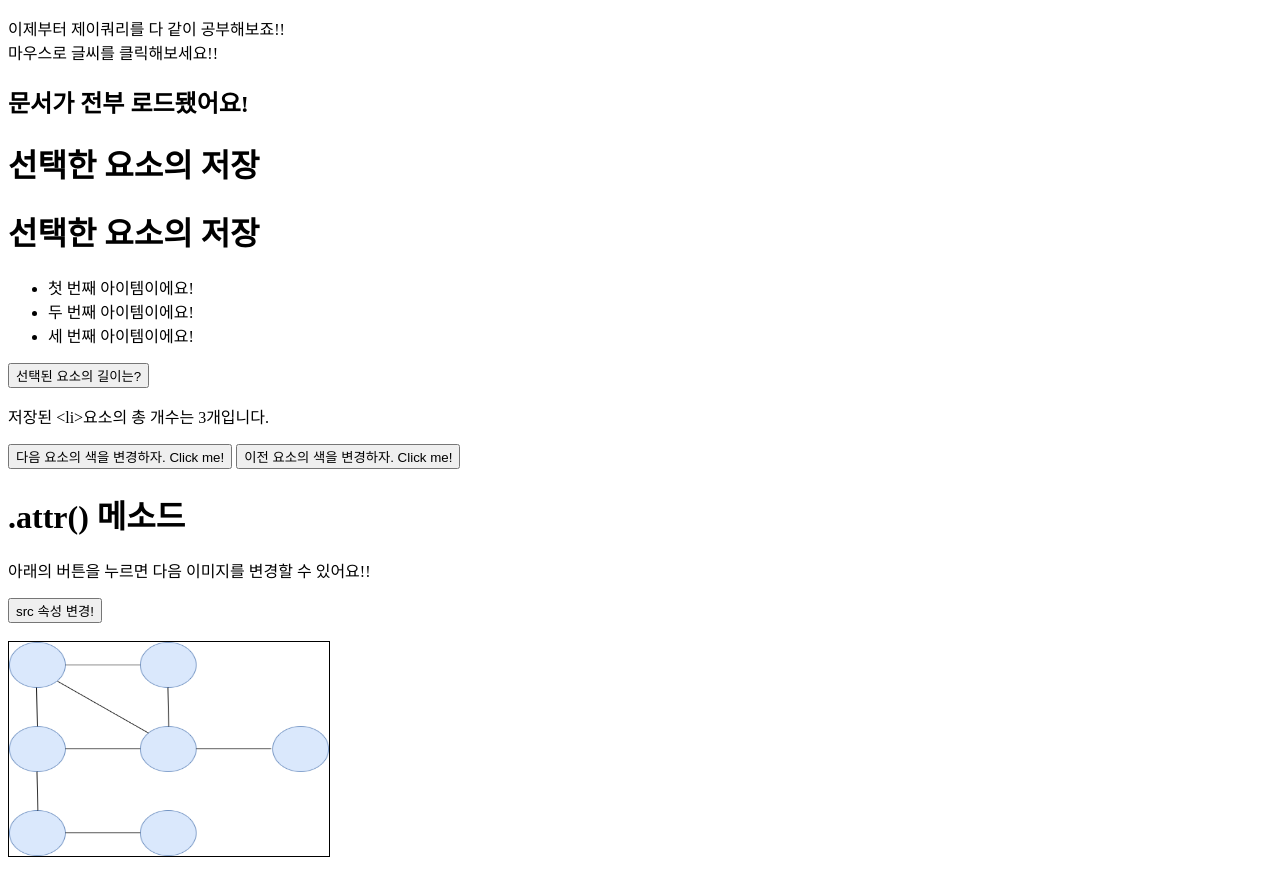
Repository: kokoko12334/sms
Page: http://localhost/test
The author's editor kept a copy of each file at every save. The page is drawn from the files as they stood at one save, then again after the next save.
The browser window is 1280 px wide. The pictures show the whole page.
After loading, the first visible `button` was clicked once.
The page is this project's Thymeleaf template; nobody is signed in. The template is opened directly, without the code that normally fills it, so the values that code supplies are empty.

Above is the page before, as saved 2023-05-27 08:58:16.
Console error: TypeError: e.indexOf is not a function

### workspace_spring2/bankingdemo/src/main/resources/templates/test.html
<!DOCTYPE html>
<html>
<head>
<meta charset="UTF-8">
<script  src="http://code.jquery.com/jquery-latest.min.js"></script>
<title>Insert title here</title>
</head>
<body>

   <p>이제부터 제이쿼리를 다 같이 공부해보죠!!<br>

    마우스로 글씨를 클릭해보세요!!</p>

	<h2 id = "doc" class = "t"></h2>
	<h2 id = "win" class = "t"></h2>

	<h1>선택한 요소의 저장</h1>
	<h1 id = "text">변경전</h1>
	<ul>
		<li>첫 번째 아이템이에요!</li>
		<li>두 번째 아이템이에요!</li>
		<li>세 번째 아이템이에요!</li>
	</ul>
	<button>선택된 요소의 길이는?</button>
	<p id="len"></p>

	<div>
   <button class="button1">다음 요소의 색을 변경하자. Click me!</button>
   <button class="button2">이전 요소의 색을 변경하자. Click me!</button>
</div>


<h1>.attr() 메소드</h1>
	<p>아래의 버튼을 누르면 다음 이미지를 변경할 수 있어요!!</p>
	<button>src 속성 변경!</button><br><br>
	<img src="images/graph.drawio.png" style="width:320px; height:214px; border: 1px solid black">

<script>
// $(function() { 제이쿼리코드 } ) 는 자바에서 window.onload = functions(){}과 같은 기능임 즉, 모든 페이지가 로드되고 실행하라는 의미
$(function() {

    $("p").on("click", function() {

       $("p").css("color", "red");

    });

    $("#doc").on("click", function(){
    	$(".t").css("color", "blue");
    });


    var items = $("li");	// <li>요소를 모두 선택하여 변수 items에 저장함.
    console.log(items[1]);
	$("button").on("click", function() {
		$("#len").text("저장된 <li>요소의 총 개수는 " + items.length + "개입니다.");
	});



	$('.button1').click(function() {
		   $(this).next().css('color', 'red');
		});

		// 이전 요소에 대한 색상 변경
		$('.button2').click(function() {
		   $(this).prev().css('color', 'red');
		});


		$("button").on("click", function() {

			      var newText = $("h1").html(); // <h1>요소의 텍스트를 읽어오는 getter 메소드

			      $("#text").html(newText);     // id가 "text"인 요소에 새로운 텍스트를 설정하는 setter 메소드

			    });






});



$(document).ready( function() {

    $("#doc").text("문서가 전부 로드됐어요!");

});

$(window).load( function() {

    $("#win").text("창이 모두 로드됐어요!");

});
</script>
</body>
</html>

After the next save:
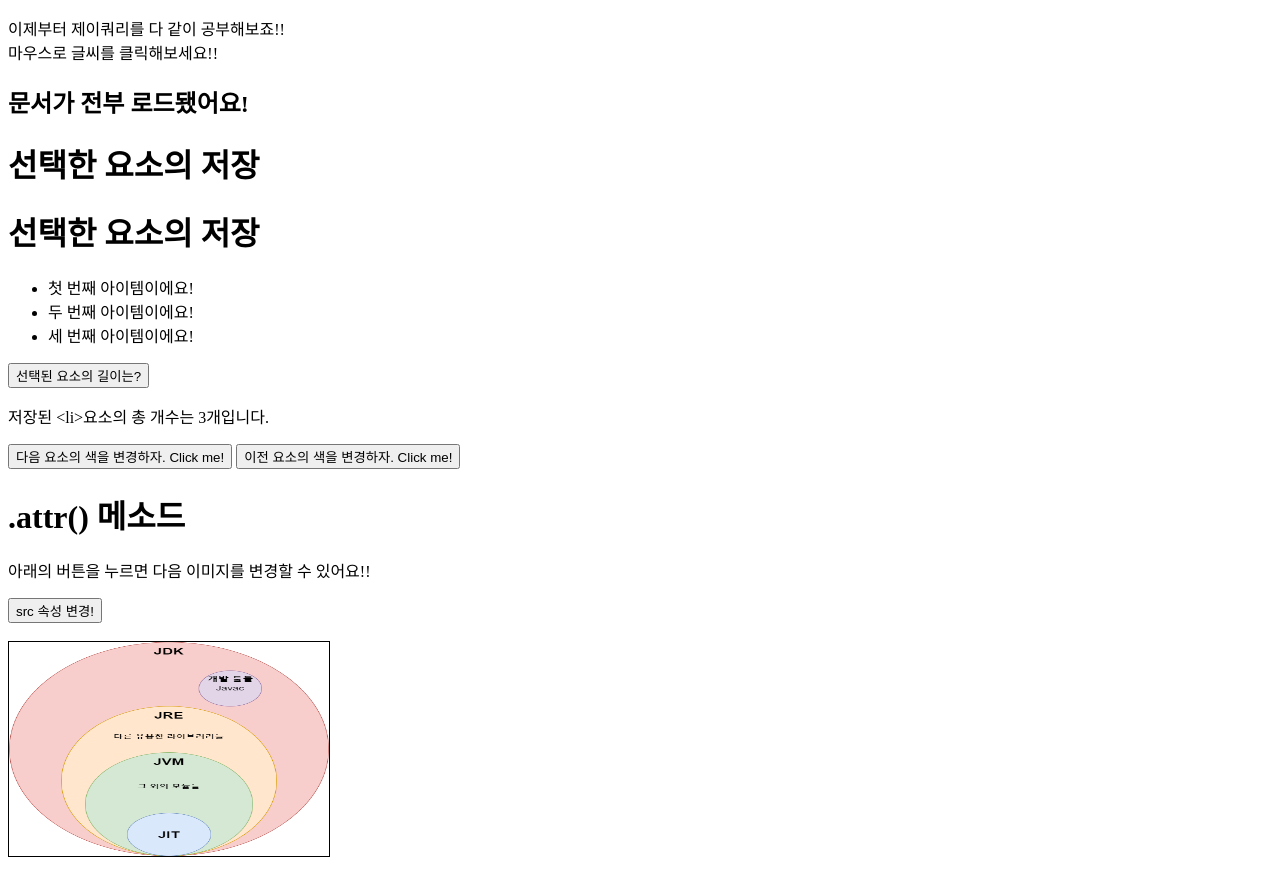
Saved 3 min 20 s later.
--- a/workspace_spring2/bankingdemo/src/main/resources/templates/test.html
+++ b/workspace_spring2/bankingdemo/src/main/resources/templates/test.html
@@ -78,7 +78,12 @@ $(function() {
 
 
 
+	$("button").on("click", function(){
+		var imgsrc = $("img").attr("src");
+		console.log(imgsrc);
+		$("img").attr("src", "images/JVM.drawio.png")
 
+	});
 
 
 });
